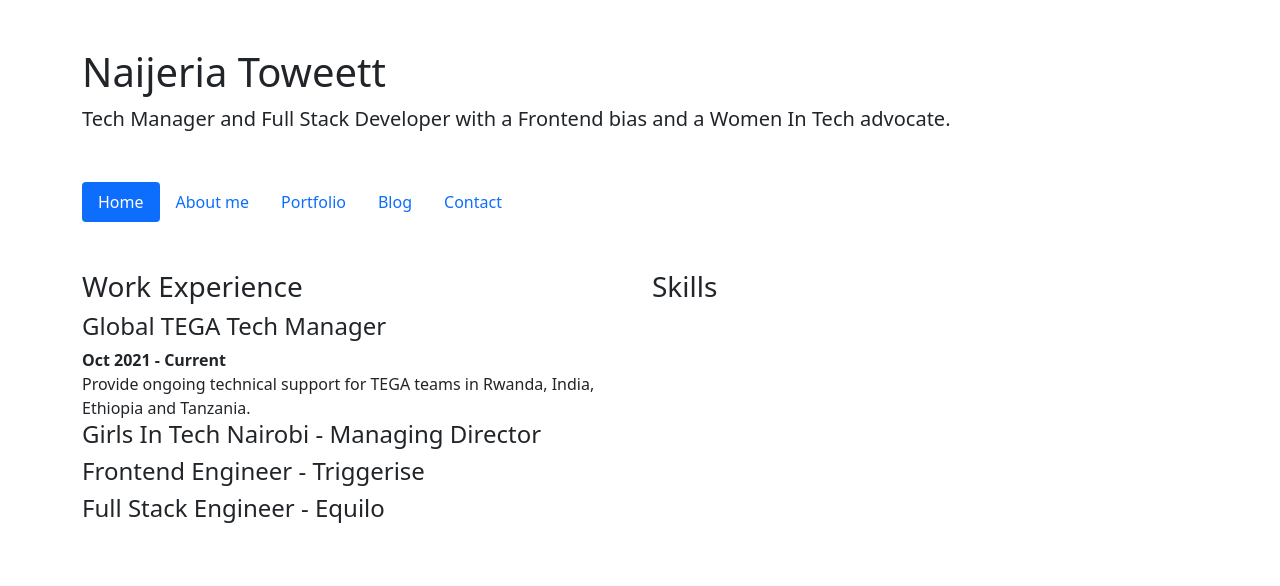
Repository: mamatechafrica/portfolio
Page: index.html
The author's editor kept a copy of each file at every save. The page is drawn from the files as they stood at one save, then again after the next save.
The browser window is 1280 px wide. The pictures show the whole page.

Above is the page before, as saved 2022-01-04 14:06:09.

### index.html
<!doctype html>
<html lang="en">
    <head>
        <!-- Required meta tags -->
        <meta charset="utf-8">
        <meta name="viewport" content="width=device-width, initial-scale=1">

        <!-- Bootstrap CSS -->
        <link href="https://cdn.jsdelivr.net/npm/bootstrap@5.0.2/dist/css/bootstrap.min.css" rel="stylesheet" integrity="sha384-EVSTQN3/azprG1Anm3QDgpJLIm9Nao0Yz1ztcQTwFspd3yD65VohhpuuCOmLASjC" crossorigin="anonymous">

        <title>NashTheCoder portfolio</title>
    </head>
    <body>
        <div class="container my-5">
            <h1>Naijeria Toweett</h1>
            <p class="lead">
                Tech Manager and Full Stack Developer with a Frontend bias and a Women In Tech advocate.
            </p>
        </div>

        <div class="container">
            <nav>
                <ul class="nav nav-pills ">
                    <li class="nav-item">
                        <a class="nav-link active" aria-current="page" href="#">Home</a>
                    </li>
                    <li class="nav-item">
                        <a class="nav-link" href="#">About me</a>
                    </li>
                    <li class="nav-item">
                        <a class="nav-link" href="#">Portfolio</a>
                    </li>
                    <li class="nav-item">
                        <a class="nav-link" href="https://mumlovestech.com/" target="blank">Blog</a>
                    </li>
                    <li class="nav-item">
                        <a class="nav-link" href="#">Contact</a>
                    </li>
                </ul>
            </nav>
        </div>

        <div class="container mt-5">
            <div class="row">
                <div class="col">
                    <h3>Work Experience</h3>
                    <h4>Global TEGA Tech Manager</h4>
                    <div>
                        <strong>Oct 2021 - Current</strong>
                    </div>
                    Provide ongoing technical support for TEGA teams in Rwanda, India, Ethiopia and Tanzania.
                    <h4>Girls In Tech Nairobi - Managing Director</h4>
                    <div>

                    </div>
                    <h4>Frontend Engineer - Triggerise</h4>
                    <h4>Full Stack Engineer - Equilo</h4>
                </div>
                <div class="col">
                    <h3>Skills</h3>
                </div>
            </div>
        </div>

        <!-- Optional JavaScript; choose one of the two! -->

        <!-- Option 1: Bootstrap Bundle with Popper -->
        <script src="https://cdn.jsdelivr.net/npm/bootstrap@5.0.2/dist/js/bootstrap.bundle.min.js" integrity="sha384-MrcW6ZMFYlzcLA8Nl+NtUVF0sA7MsXsP1UyJoMp4YLEuNSfAP+JcXn/tWtIaxVXM" crossorigin="anonymous"></script>

        <!-- Option 2: Separate Popper and Bootstrap JS -->
        <!--
        <script src="https://cdn.jsdelivr.net/npm/@popperjs/core@2.9.2/dist/umd/popper.min.js" integrity="sha384-IQsoLXl5PILFhosVNubq5LC7Qb9DXgDA9i+tQ8Zj3iwWAwPtgFTxbJ8NT4GN1R8p" crossorigin="anonymous"></script>
        <script src="https://cdn.jsdelivr.net/npm/bootstrap@5.0.2/dist/js/bootstrap.min.js" integrity="sha384-cVKIPhGWiC2Al4u+LWgxfKTRIcfu0JTxR+EQDz/bgldoEyl4H0zUF0QKbrJ0EcQF" crossorigin="anonymous"></script>
        -->
    </body>
</html>

After the next save:
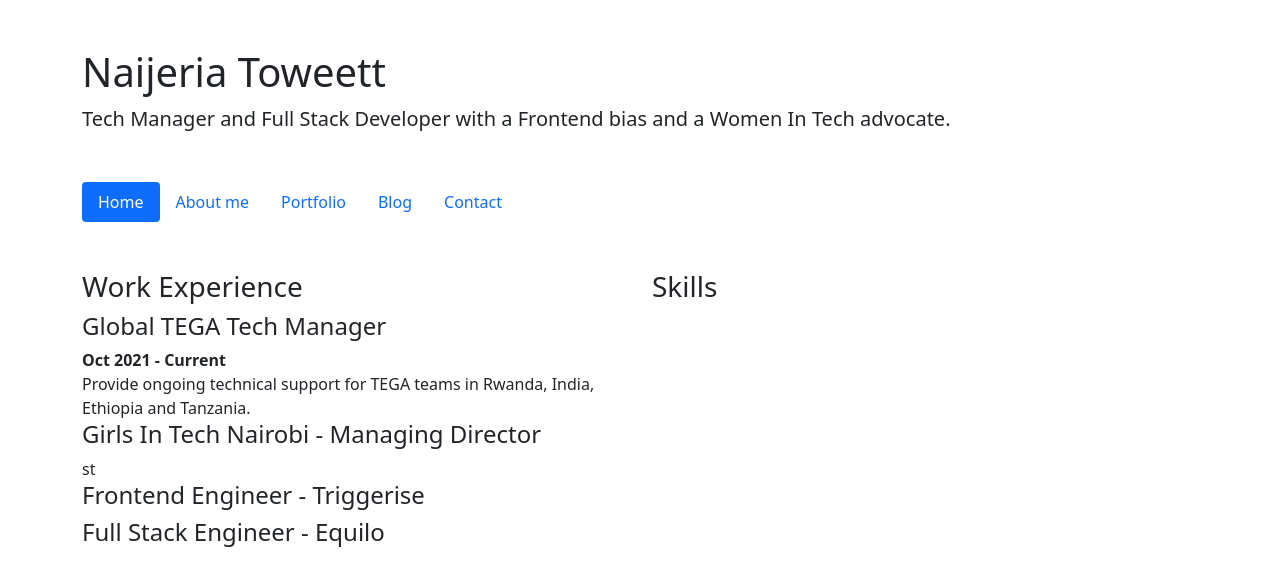
Saved 6 s later.
--- a/index.html
+++ b/index.html
@@ -51,7 +51,7 @@
                     Provide ongoing technical support for TEGA teams in Rwanda, India, Ethiopia and Tanzania.
                     <h4>Girls In Tech Nairobi - Managing Director</h4>
                     <div>
-
+                        st
                     </div>
                     <h4>Frontend Engineer - Triggerise</h4>
                     <h4>Full Stack Engineer - Equilo</h4>

After the save that followed:
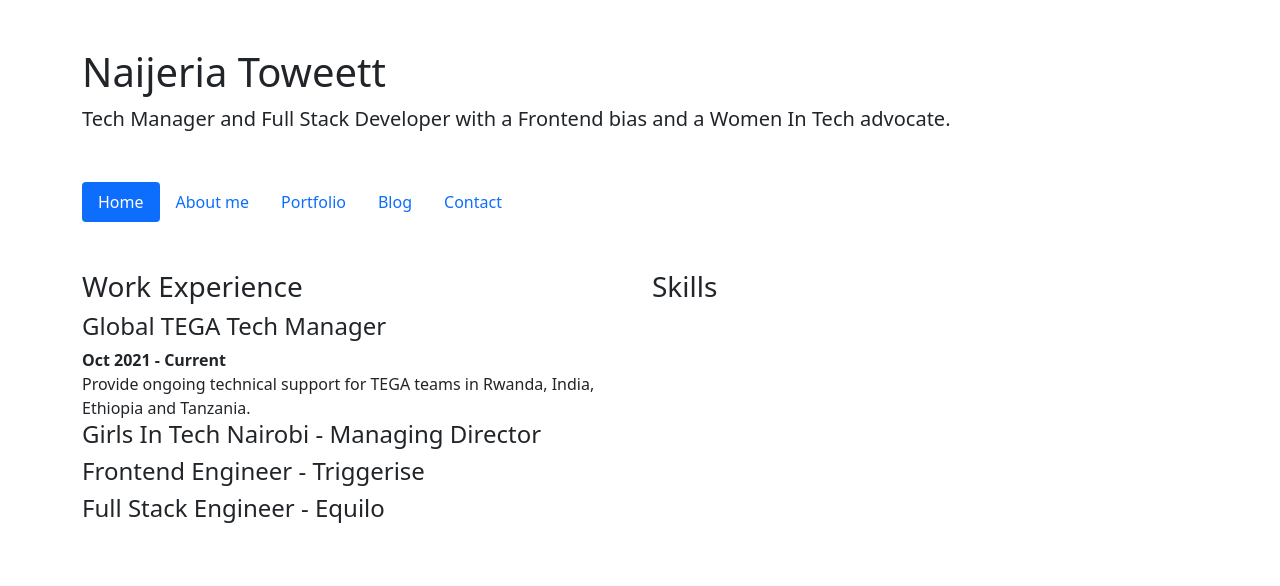
Saved 5 s later.
--- a/index.html
+++ b/index.html
@@ -51,7 +51,7 @@
                     Provide ongoing technical support for TEGA teams in Rwanda, India, Ethiopia and Tanzania.
                     <h4>Girls In Tech Nairobi - Managing Director</h4>
                     <div>
-                        st
+                        <strong></strong>
                     </div>
                     <h4>Frontend Engineer - Triggerise</h4>
                     <h4>Full Stack Engineer - Equilo</h4>
